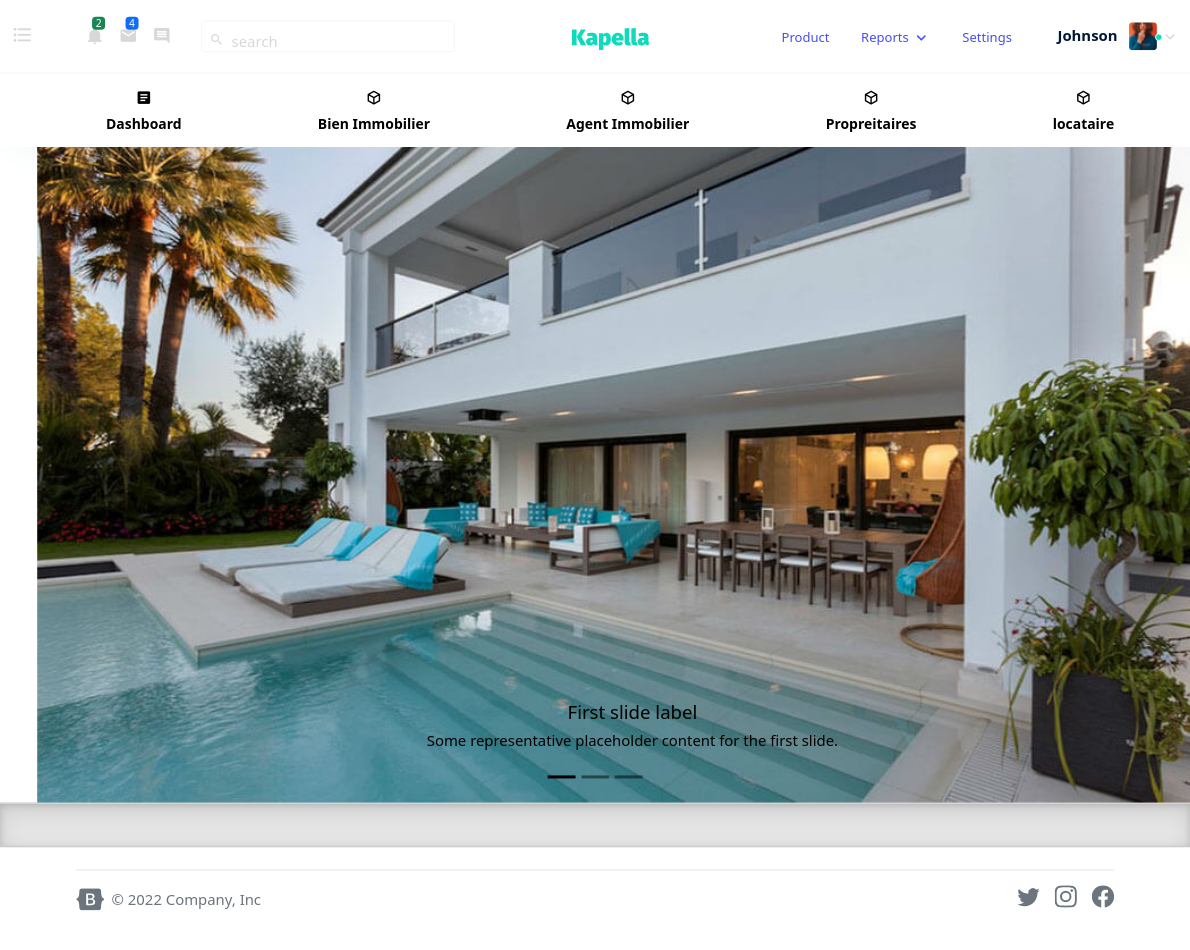
Repository: dimitri0004/Bien
Page: templates/dashbord/index.html.twig
The author's editor kept a copy of each file at every save. The page is drawn from the files as they stood at one save, then again after the next save.
The browser window is 1280 px wide. The pictures show the whole page, at 93% of full size.
The page is a Twig template of a Symfony application; nobody is signed in and links lead nowhere. The template is opened directly, without the code that normally fills it, so the values that code supplies are empty.

Above is the page before, as saved 2023-04-05 01:19:03.
Console error: TypeError: Cannot read properties of null (reading 'addEventListener')

After the next save:
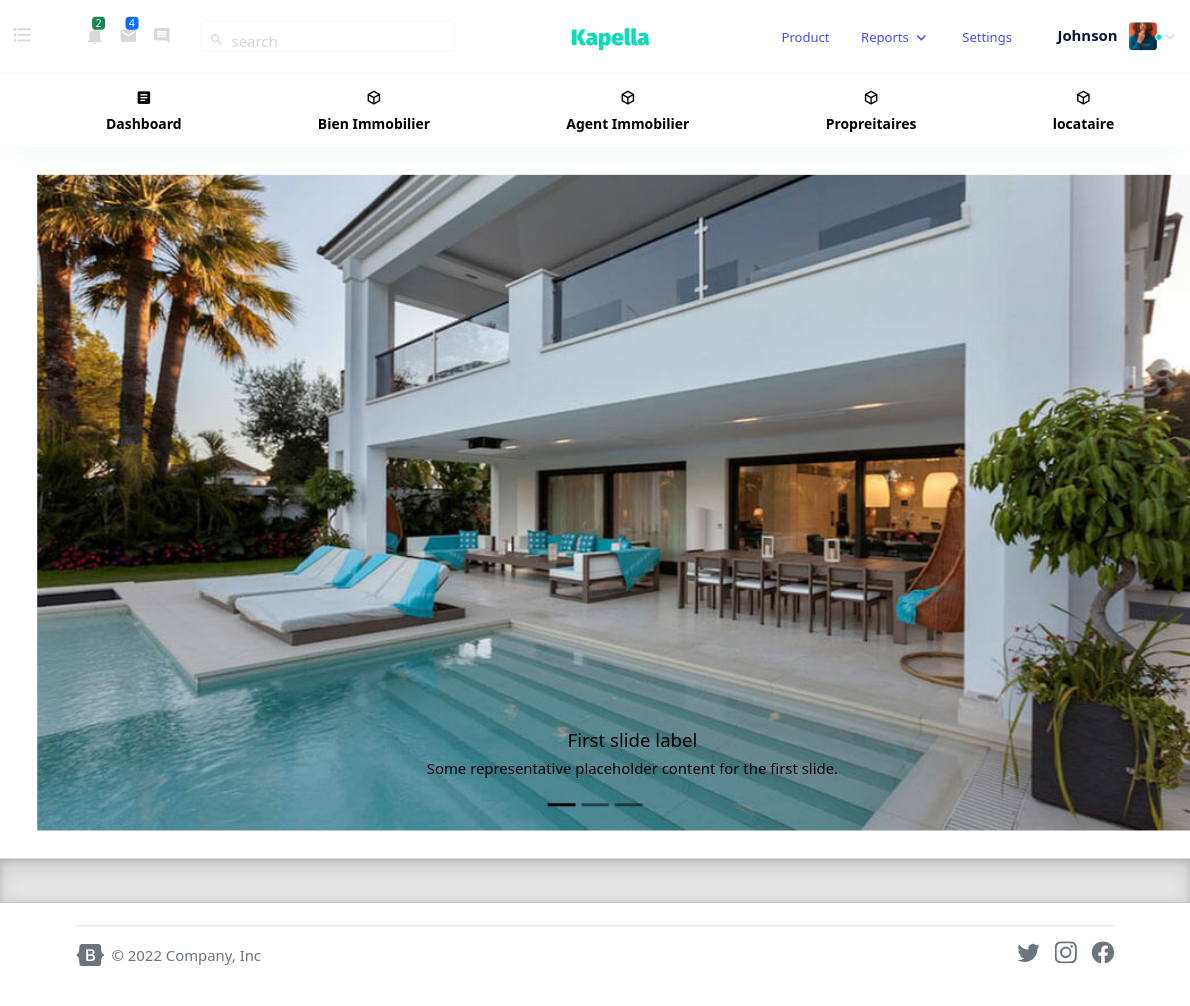
Saved 40 s later.
--- a/templates/dashbord/index.html.twig
+++ b/templates/dashbord/index.html.twig
@@ -10,7 +10,7 @@
           <button type="button" data-bs-target="#carouselExampleDark" data-bs-slide-to="1" aria-label="Slide 2"></button>
           <button type="button" data-bs-target="#carouselExampleDark" data-bs-slide-to="2" aria-label="Slide 3"></button>
         </div>
-        <div class="carousel-inner" style="margin-left: 40px; margin-right:40px" style=" ;">
+        <div class="carousel-inner" style="margin-left: 40px; margin-right:40px; margin-top: 30px; margin-bottom:30px" style=" ;">
           <div class="carousel-item active" data-bs-interval="10000">
             <img src="{{ asset('uploads/image2.jpg') }}" class="d-block w-100" alt="...">
             <div class="carousel-caption d-none d-md-block">
